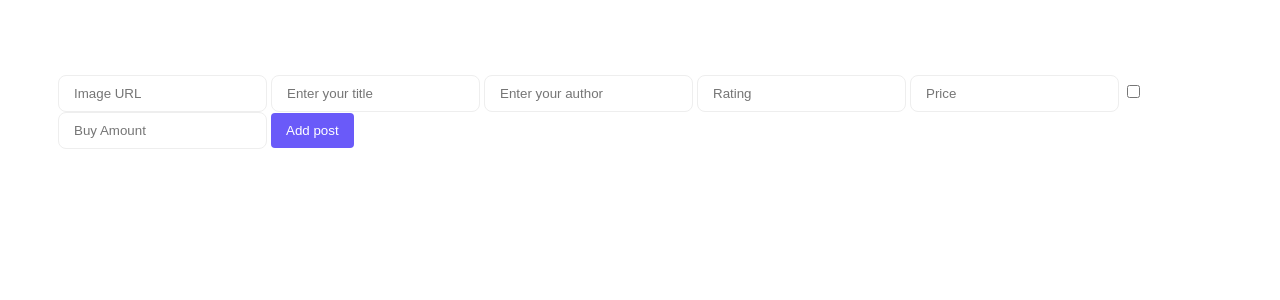
Repository: thuan711/All-about-JS
Page: api/api.html
The author's editor kept a copy of each file at every save. The page is drawn from the files as they stood at one save, then again after the next save.
The browser window is 1280 px wide. The pictures show the whole page.

Above is the page before, as saved 2023-01-22 22:27:35.

After the next save:
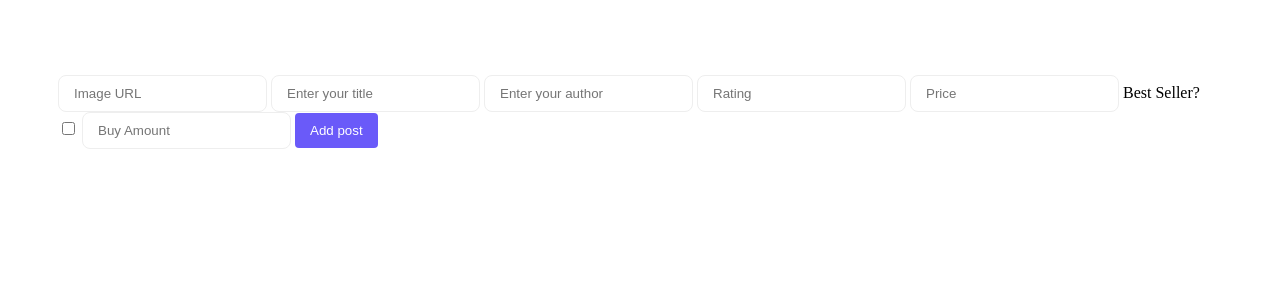
Saved 3 min 13 s later.
--- a/api/api.html
+++ b/api/api.html
@@ -163,6 +163,7 @@
         <input type="text" name="author" placeholder="Enter your author">
         <input type="number" name="rating" placeholder="Rating">
         <input type="number" name="price" placeholder="Price">
+        <label for="best-seller">Best Seller?</label>
         <input type="checkbox" name="bestSeller">
         <input type="number" name="buyAmount" placeholder="Buy Amount">
         <button type="submit">Add post</button>
